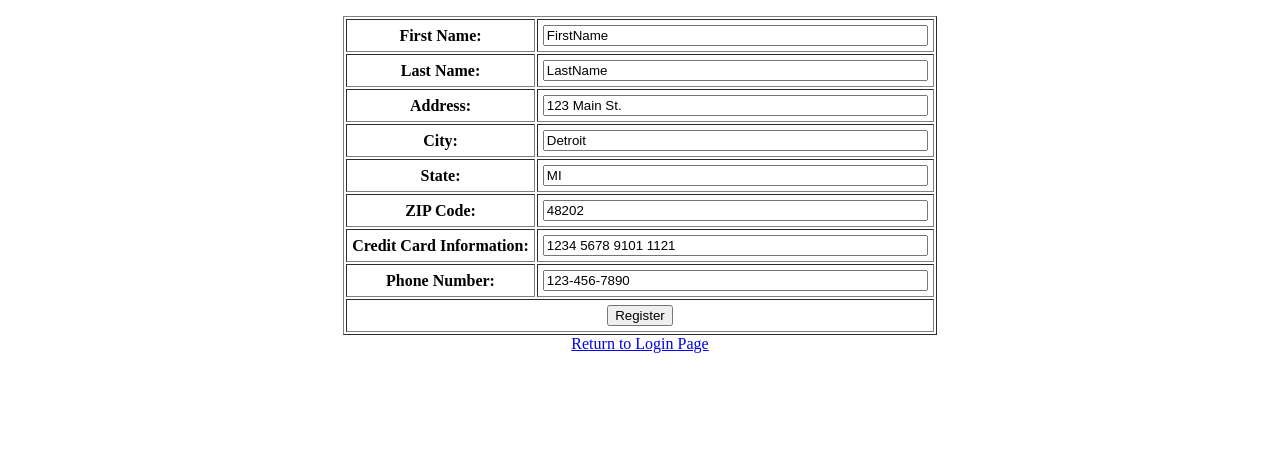
Repository: DBMS-Project-1/Part-1
Page: http://localhost/database/register.jsp
The author's editor kept a copy of each file at every save. The page is drawn from the files as they stood at one save, then again after the next save.
The browser window is 1280 px wide. The pictures show the whole page.
The page is served by Tomcat 9.

Above is the page before, as saved 2023-10-13 22:25:55.

After the next save:
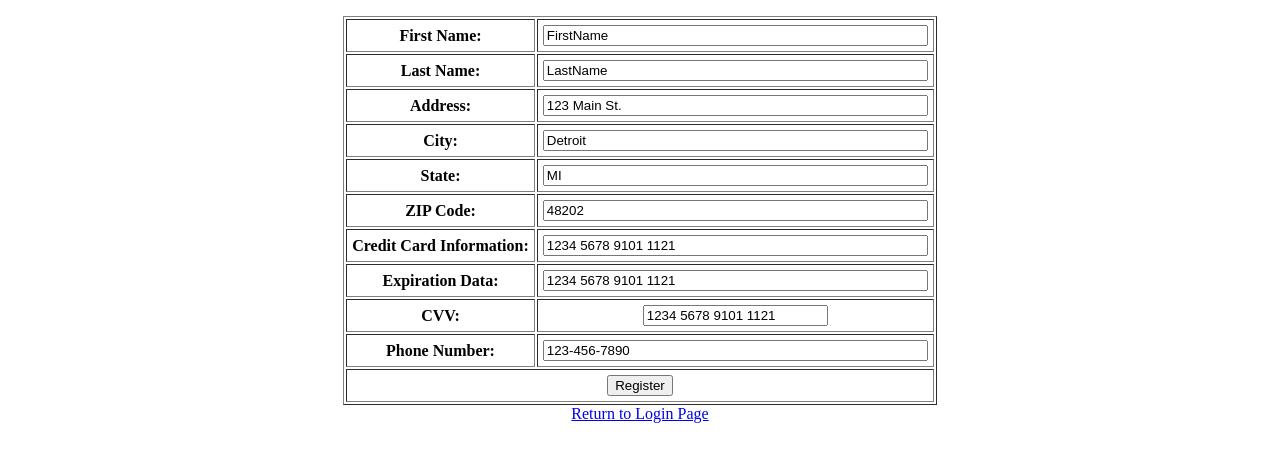
Saved 59 s later.
--- a/database/WebContent/register.jsp
+++ b/database/WebContent/register.jsp
@@ -54,6 +54,19 @@
 					</td>
 				</tr>
 				<tr>
+					<th>Expiration Data: </th>
+					<td align="center" colspan="3">
+						<input type="text" name="expirationDate" size="45" value="1234 5678 9101 1121" onfocus="this.value=''">
+					</td>
+				</tr>
+				<tr>
+					<th>CVV: </th>
+					<td align="center" colspan="3">
+						<input type="text" name="cvv size="45" value="1234 5678 9101 1121" onfocus="this.value=''">
+					</td>
+				</tr>
+
+				<tr>
 					<th>Phone Number: </th>
 					<td align="center" colspan="3">
 						<input type="text" name="phoneNumber" size="45" value="123-456-7890" onfocus="this.value=''">
